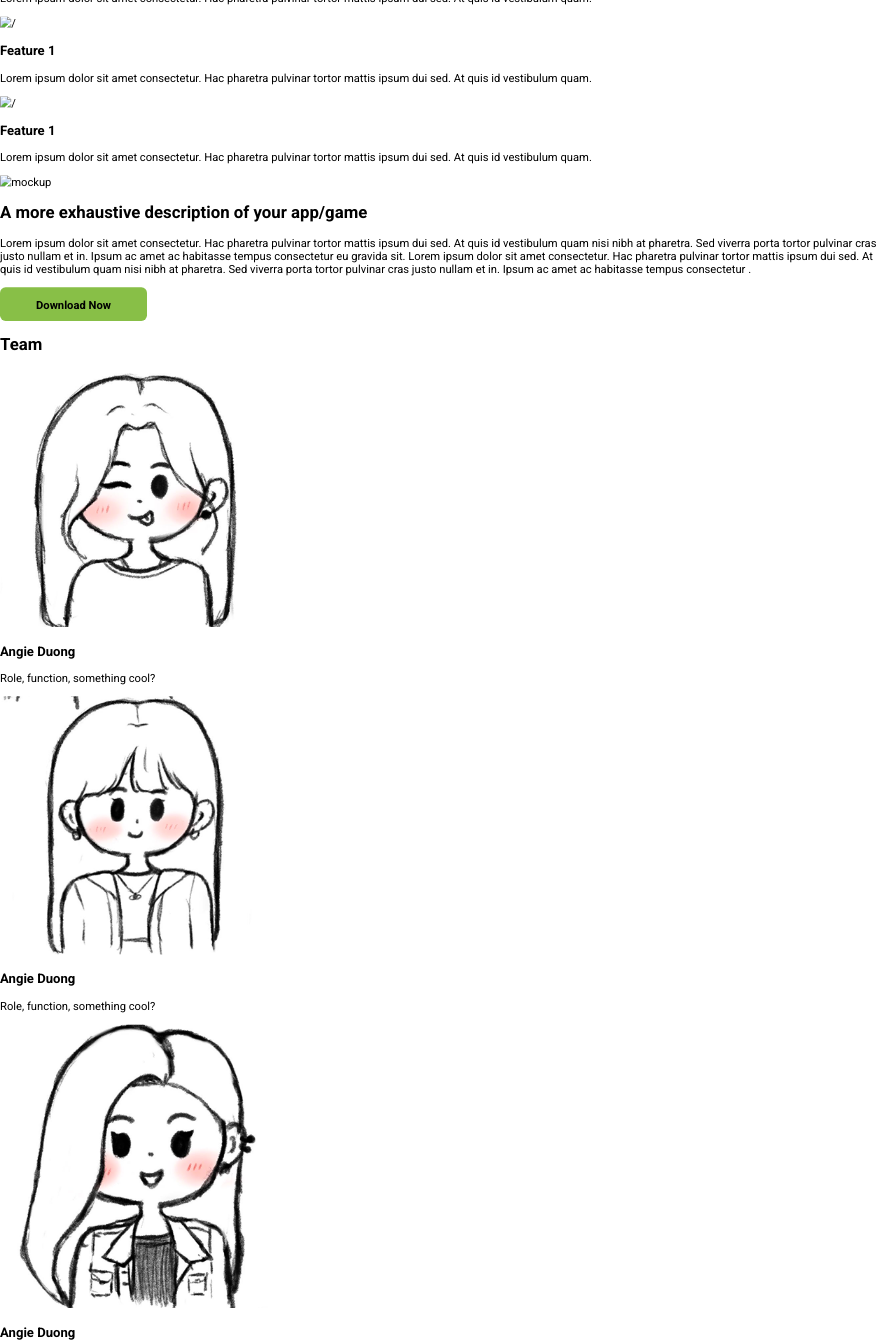
Repository: CesariaMonforte/SporkShare
Page: index.html
These files come from the project's save history. The page is drawn as it stood at one moment and after the next save; the edit follows.
The browser window is 1280 px wide. The pictures show the part of the page from y = 1939 to 3859 px (the page is 5032 px tall before and 5889 px after), at 70% of full size.
A picture or video elsewhere on the page could not be fetched, so the positions and the page height are approximate.

Above is the page before, as saved 2025-05-03 23:35:16.

After the next save:
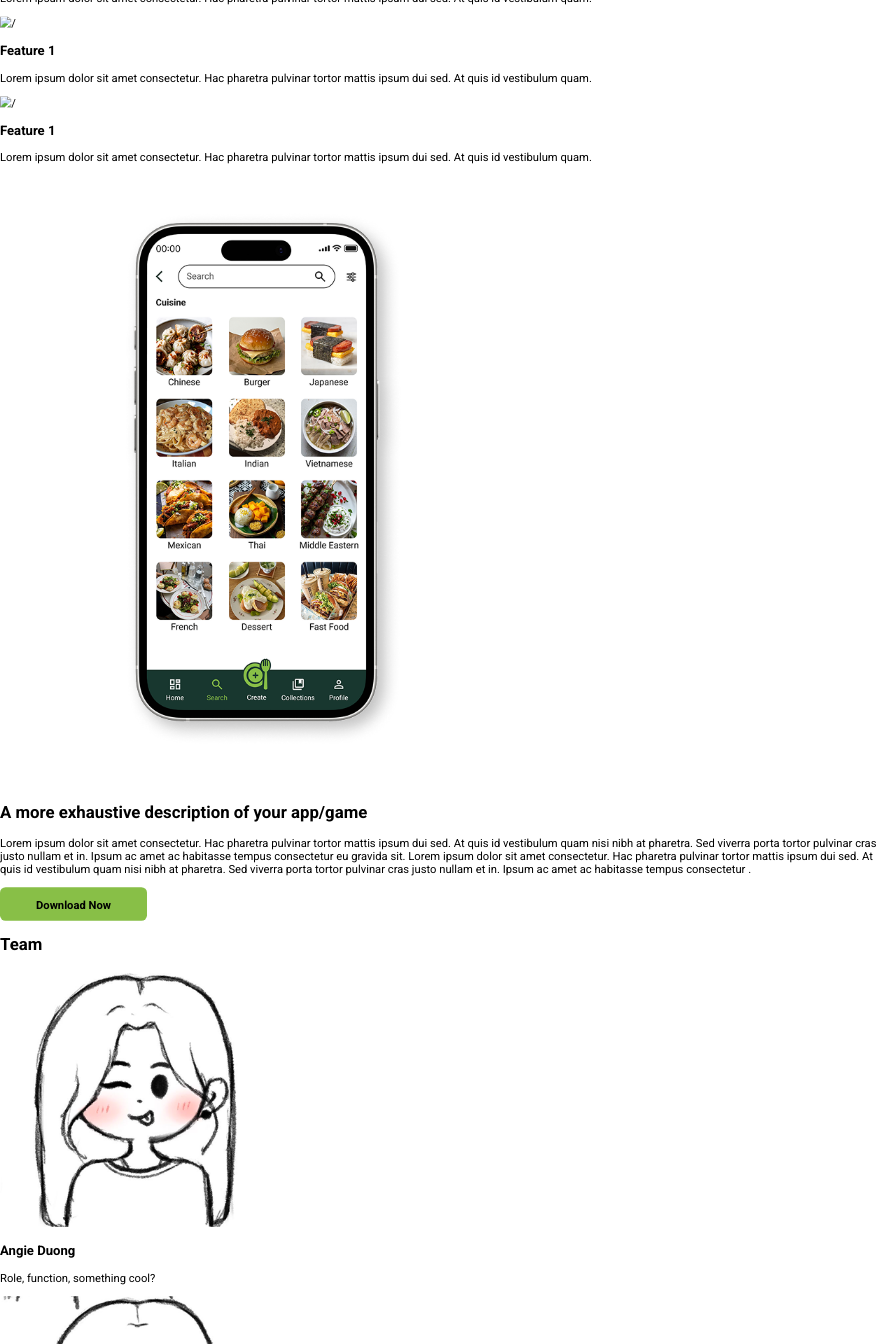
Saved 24 s later.
--- a/index.html
+++ b/index.html
@@ -178,7 +178,7 @@
 
             <div class="features_highlight">
                 <img
-                    src="/"
+                    src="images/search.png"
                     alt="mockup"
                     class="screen_mockup_img"/>
                 <div class="features_highlight_info">
